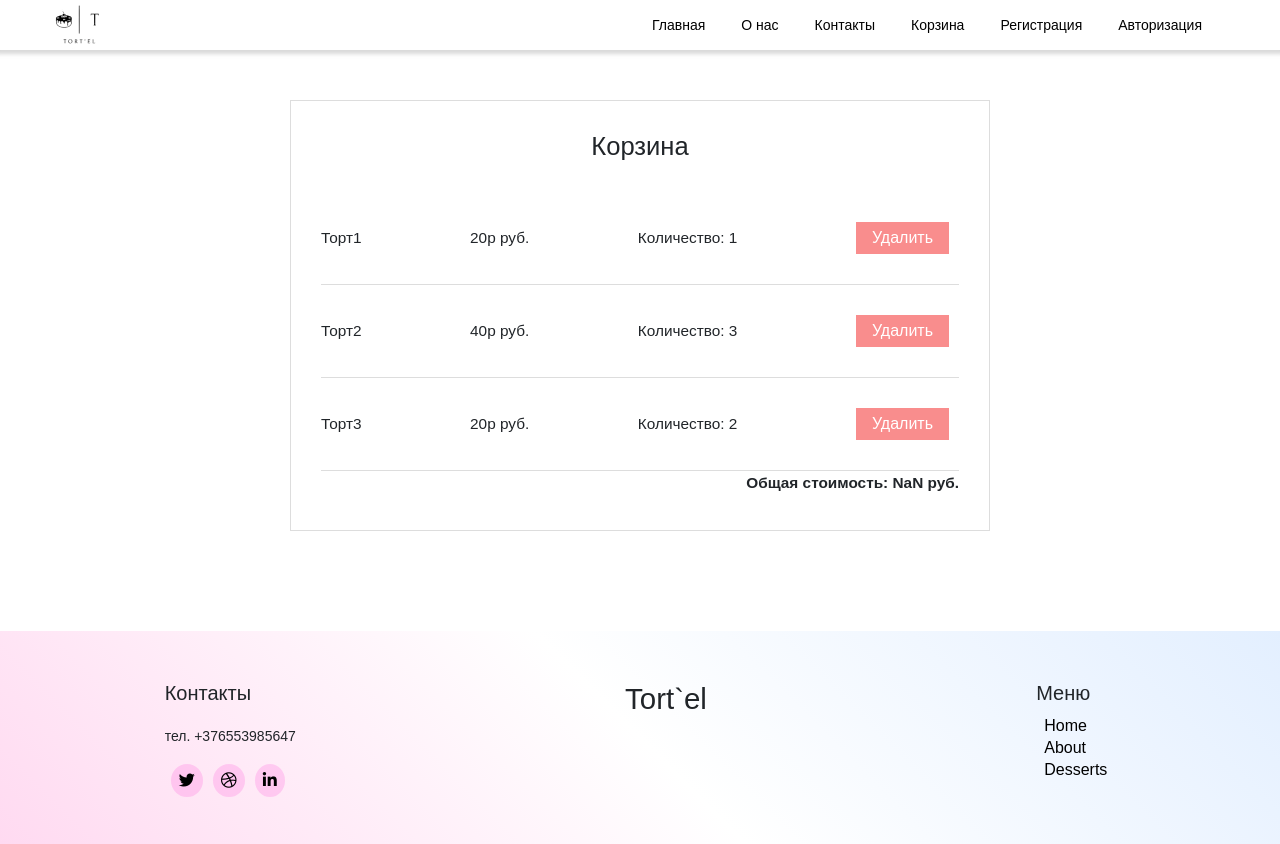
Repository: KseniaEryze/DiplomToday
Page: /basket
These files come from the project's save history. The page is drawn as it stood at one moment and after the next save; the edit follows.
The browser window is 1280 px wide. The pictures show the whole page.
The page's requests for data from a server got no answer. The project was rebuilt for these pictures with package versions that can differ from the ones it lists, and the page was loaded fresh each time. No one was signed in, and anything a server would have sent is missing. Also part of the build but not shown: src/App.css, src/components/Slider/Slider.jsx, src/pages/About/about.css, src/components/Galery/main.css, src/components/Galery/Gallery.jsx, src/pages/About/About.jsx, src/components/Categories/categories.css, src/components/Categories/Categories.jsx and 21 more.

Above is the page before, as saved 2024-09-10 15:51:06.

### public/index.html
<!DOCTYPE html>
<html lang="en">
  <head>
    <meta charset="utf-8" />
    <link rel="stylesheet" href="https://stackpath.bootstrapcdn.com/bootstrap/4.1.3/css/bootstrap.min.css" integrity="sha384-MCw98/SFnGE8fJT3GXwEOngsV7Zt27NXFoaoApmYm81iuXoPkFOJwJ8ERdknLPMO" crossorigin="anonymous">
    <link rel="stylesheet" href="https://cdnjs.cloudflare.com/ajax/libs/font-awesome/5.15.1/css/all.min.css" integrity="sha512-+4zCK9k+qNFUR5X+cKL9EIR+ZOhtIloNl9GIKS57V1MyNsYpYcUrUeQc9vNfzsWfV28IaLL3i96P9sdNyeRssA==" crossorigin="anonymous" />

    <link rel="icon" href="%PUBLIC_URL%/favicon.ico" />
    <meta name="viewport" content="width=device-width, initial-scale=1" />
    <meta name="theme-color" content="#000000" />
    <meta
      name="description"
      content="Web site created using create-react-app"
    />
    <link rel="apple-touch-icon" href="%PUBLIC_URL%/logo192.png" />
    <!--
      manifest.json provides metadata used when your web app is installed on a
      user's mobile device or desktop. See https://developers.google.com/web/fundamentals/web-app-manifest/
    -->
    <link rel="manifest" href="%PUBLIC_URL%/manifest.json" />
    <!--
      Notice the use of %PUBLIC_URL% in the tags above.
      It will be replaced with the URL of the `public` folder during the build.
      Only files inside the `public` folder can be referenced from the HTML.

      Unlike "/favicon.ico" or "favicon.ico", "%PUBLIC_URL%/favicon.ico" will
      work correctly both with client-side routing and a non-root public URL.
      Learn how to configure a non-root public URL by running `npm run build`.
    -->
    <title>React App</title>
  </head>
  <body>
    <noscript>You need to enable JavaScript to run this app.</noscript>
    <div id="root"></div>
    <!--
      This HTML file is a template.
      If you open it directly in the browser, you will see an empty page.

      You can add webfonts, meta tags, or analytics to this file.
      The build step will place the bundled scripts into the <body> tag.

      To begin the development, run `npm start` or `yarn start`.
      To create a production bundle, use `npm run build` or `yarn build`.
    -->
  </body>
</html>

### src/index.js
import React from 'react';
import ReactDOM from 'react-dom/client';
import './index.css';
import App from './App';
import {BrowserRouter, BrowserRouter as Router} from 'react-router-dom'
import { Provider } from 'react-redux';
import {store}  from 'store';
import './firebase';
import Footer from 'Footer/Footer';




const root = ReactDOM.createRoot(document.getElementById('root'));
root.render(
  <React.StrictMode>
   <BrowserRouter>
    <Provider store = {store}>

          <App />
          <Footer></Footer>

    </Provider>
   </BrowserRouter>
</React.StrictMode>


);

### src/index.css

html, body, div, span, applet, object, iframe,
h1, h2, h3, h4, h5, h6, blockquote, pre,
a, abbr, acronym, address, big, cite, code,
del, dfn, em, img, ins, kbd, q, s, samp,
small, strike, strong, sub, sup, tt, var,
b, u, i, center,
dl, dt, dd, ol, ul, li,
fieldset, form, label, legend,
table, caption, tbody, tfoot, thead, tr, th, td,
article, aside, canvas, details, embed,
figure, figcaption, header, hgroup,
menu, nav, output, ruby, summary,
time, mark, audio, video {
	margin: 0;
	padding: 0;
	border: 0;
	/* font-size: 100%;
	font: inherit; */
	vertical-align: baseline;
}
article, aside, details, figcaption, figure,
footer, header, hgroup, menu, nav, section {
	display: block;
}
html {
	height: 100%;
}
body {
	line-height: 1;
}
ol, ul {
	list-style: none;
}
blockquote, q {
	quotes: none;
}
blockquote:before, blockquote:after,
q:before, q:after {
	content: '';
	content: none;
}
table {
	border-collapse: collapse;
	border-spacing: 0;
}
body {
  margin: 0;
  font-family: -apple-system, BlinkMacSystemFont, 'Segoe UI', 'Roboto', 'Oxygen',
    'Ubuntu', 'Cantarell', 'Fira Sans', 'Droid Sans', 'Helvetica Neue',
    sans-serif;
  -webkit-font-smoothing: antialiased;
  -moz-osx-font-smoothing: grayscale;
}

code {
  font-family: source-code-pro, Menlo, Monaco, Consolas, 'Courier New',
    monospace;
}

h1{
  padding: 20px 0;
  font-size: 4vw;
}
h2 ,h3 ,h4{
  padding: 10px 0;
  font-size: 2vw;
}
h3{
    font-size: 2.3vw;
}
h4{
    font-size:20px
}
p{
	font-size: 1.2vw;
	line-height: 1.8vw;

}

button a{
	color: aliceblue;
}

*{
	font-family: "Philosopher", sans-serif;
	font-weight: 400;
	font-style: normal;
}

.pagination-container {
    margin: 3vw 3vw;
}

section{}
@import url('https://fonts.googleapis.com/css2?family=Philosopher:ital,wght@0,400;0,700;1,400;1,700&display=swap');

@media(max-width: 500px) {
	h1{
        font-size: 7vw;
    }
}

@media(max-width: 900px) {
	h1{
        font-size: 5vw;
    }
}

### src/App.js
import { Route, Routes} from 'react-router-dom';
import './App.css';
import About from './pages/About/About';
import Header from './Header/Header.jsx'
import Home from './pages/Home/Home';
import Registracion from './components/Authorization/Registracion';
import LoginPage from './components/Authorization/LoginPage';
import AdminMain from 'Admin/page/AdminMain';
import Contact from 'pages/Contact/Contact';
import Footer from 'Footer/Footer';
import Basket from 'pages/Basket/Basket';

function App() {
  return (
     <>
        <Header></Header>
          <Routes>
            <Route path = '/login' element = {<LoginPage/>}></Route>
            <Route path = '/register' element = {<Registracion/>}></Route>
            <Route path = '/contacts' element = {<Contact/>}></Route>
            <Route path = '/basket' element = {<Basket></Basket>}></Route>


            <Route path='/' element={<Home/>}></Route>
            <Route path = '/admin' element = {<AdminMain/>}></Route>
            <Route path='/about' element={<About/>}></Route>

            <Route path = '*' element = {<div>404 Not Found</div>}></Route>

          </Routes>


      </>


  );
}

export default App;

### src/store/index.js
import { configureStore } from "@reduxjs/toolkit";
import userReducer from '../store/slices/userSlice'
import cakeReducer from '../store/slices/cakeSlice'


export const store = configureStore({
    reducer: {
        user: userReducer,
        cake: cakeReducer
    }
});

### src/firebase.js
import {initializeApp} from 'firebase/app'

const firebaseConfig = {
    apiKey: process.env.REACT_APP_FIREBASE_API_KEY,
    authDomain: process.env.REACT_APP_FIREBASE_AUTH_DOMAIN,
    projectId: process.env.REACT_APP_FIREBASE_PROJECT_ID,
    storageBucket: process.env.REACT_APP_FIREBASE_STORAGE_BUSCKET,
    messagingSenderId: process.env.REACT_APP_FIREBASE_MESSAGING_SENGER_ID,
    appId: process.env.REACT_APP_FIREBASE_APP_ID
}

const app = initializeApp(firebaseConfig)

### src/Footer/Footer.jsx
import React from 'react'
import { Link } from 'react-router-dom'
import './footer.css'

function Footer() {
  return (

    <footer>
      <div className='footer'>
      <div> <h4>Контакты</h4>
        <div>
          <p>тел.   +376553985647</p>

          <ul class="social-icons">
            <li><a class="twitter" href="#"><i class="fab fa-twitter"></i></a></li>
            <li><a class="dribbble" href="#"><i class="fab fa-dribbble"></i></a></li>
            <li><a class="linkedin" href="#"><i class="fab fa-linkedin-in"></i></a></li>
          </ul>
        </div>
      </div>


      <div>
        <h3>Tort`el</h3>
      </div>
      <div>
        <h4>Меню</h4>
        <ul>
             <li>
                 <Link to="/">Home</Link>
             </li>
             <li>
               <Link to="/about">About</Link>
             </li>
             <li>
                 <Link to="/desserts">Desserts</Link>
             </li>

         </ul>

      </div>
       </div>
    </footer>

  )
}

export default Footer

### src/Header/Header.jsx
import React, { useState } from 'react'
import { Link } from 'react-router-dom'
import logo from './img/logoBlack.png'
import './header.css'
import menu from './img/hamburger.png'

function Header() {
  const [accountAuth, setAccountAuth] = useState(false)
  const [isOpen, setIsOpen] = useState()
  return (
    <div className='header'>

      <div className='logo'>
          <Link to="/"><img src={logo}/></Link>
      </div>

      <nav className={`header_nav ${isOpen ? `active` : ``}`}>
          <ul className='header_nav-list'>
             <li className='header_nav-item'>
                 <Link to="/">Главная</Link>
             </li>

             <li className='header_nav-item'>
               <Link to="/about">О нас</Link>
             </li>

             <li className='header_nav-item'>
               <Link to="/contacts">Контакты</Link>
             </li>
             <li className='header_nav-item'>
               <Link to="/basket">Корзина</Link>
             </li>
              <li className='header_nav-item wrapper-login'>
                <Link to="/register" accountAuth={accountAuth}>Регистрация</Link>
              </li>
              <li className='header_nav-item'>
                <Link to="/login"> Авторизация </Link>
              </li>
            </ul>
         </nav>
         <button className='header_menu-button' onClick={() => setIsOpen(!isOpen)}></button>
     </div>
   )
 }

 export default Header

### src/pages/Basket/Basket.jsx
import React from 'react';
import './main.css'

const Basket = ({  popap, handleRemoveItem }) => {

    const cartItems = [
        {id:1, name:'Торт1', price:'20р', quantity: 1},
        {id:2, name:'Торт2', price:'40р', quantity: 3},
        {id:3, name:'Торт3', price:'20р', quantity: 2}
    ]
      return (
        <div className="cart">
          <h2>Корзина</h2>
          {cartItems.map(item => (
            <div key={item.id} className="cart-item">
              <p>{item.name}</p>
              <p>{item.price} руб.</p>
              <p>Количество: {item.quantity}</p>
              <button onClick={() => handleRemoveItem(item.id)}>Удалить</button>
            </div>
          ))}
          <p className="total-price">Общая стоимость: {cartItems.reduce((acc, item) => acc + item.price * item.quantity, 0)} руб.</p>
        </div>
      );
    };

    export default Basket;

### src/store/slices/userSlice.js
import {createSlice} from '@reduxjs/toolkit'

const initialState = {
    name:null,
    email:null,
    token: null,
    id: null
}

const userSlice = createSlice({
    name:'user',
    initialState,
    reducers:{
        setUser(state, action){
            state.name = action.payload.name;
            state.email = action.payload.email;
            state.token = action.payload.token;
            state.id = action.payload.id;
        },
        removeUser(state){
            state.name =null;
            state.email =null;
            state.token = null;
            state.id = null;
        }

    }

})

export const {setUser,removeUser} = userSlice.actions;

export default userSlice.reducer;

### src/store/slices/cakeSlice.js
import {createSlice} from '@reduxjs/toolkit'

const initialState = {
    name:null,
    desctiprion: null,
    cost: null,
    category: null,
    image: null,
    id: null
}

const cakeSlice = createSlice({
    name:'cake',
    initialState,
    reducers:{
        setCake(state, action){
            state.name = action.payload.name;
            state.desctiprion = action.payload.desctiprion;
            state.cost = action.payload.cost;
            state.category = action.payload.category;
            state.image = action.payload.image;
            state.id = action.payload.id;
        }

    }

})
console.log(cakeSlice.actions)

export const {setCake} = cakeSlice.actions;

export default cakeSlice.reducer;

### src/Footer/footer.css
li{
    padding: 3px 0px;
}
.social-icons {
    text-align: right;
    display: flex;
    justify-content: flex-start;
    align-items: center;
    }
 .social-icons a {
    width: 40px;
    height: 40px;
    line-height: 40px;
    margin-right: 10px;
    border-radius: 100%;
    background-color: #ff5ed73d;

    }

    .social-icons:nth-child(n + 2){
        margin-left: 6px;
    }

    footer p {
        margin: 10px 0 ;
        font-size: 14px;
    }
    footer{
        padding: 20px 0;
    }

### src/components/Slider/main.css
.wrapper-slide{
    display: flex;
    justify-content: center;
    flex-direction: column;
    align-items: center;

    padding: 30px;
}
button{
    padding: 0%;
    margin: 0;
}

.react-slideshow-container .default-nav:last-of-type {
    margin-left: -30px;
    background: rgb(0, 0, 0);
}

.wrapper-slide p{
    margin: 8px;
    padding: 0px;
}
.slide-imade{
    width: 80px;
    height: 80px;
    border-radius: 100%;
}

.react-slideshow-container .default-nav:last-of-type {
    margin-left: -30px;

    /* background: url(./img/icons8-стрелка-100\ \(2\).png) no-repeat; */
}

.react-slideshow-container .default-nav:first-of-type {

    /* background: url(./img/icons8-стрелка-100\ \(3\).png)no-repeat; */
}
/* .react-slideshow-container {
    background-color: black;
    color: aliceblue;
} */
.slide-container button{

    padding: 0px 0px;
    margin-right: 10px;
    margin-top: 30px;
}

### src/Header/header.css

.header{
    position: fixed;
    left: 0;
    top: 0;
    display: flex;
    align-items: center;
    width: 100%;
    padding: 0px 20px;
    height: 50px;
    background-color: white;
    box-shadow: 0 0 4px 4px rgba(136, 136, 136, 0.322);
    z-index: 1;
    color: black;
}

.header_nav{
    margin-left: auto;
    margin-right: 50px;
}

.header_nav-list{
    display: flex;
    list-style: none;
}

.header_nav-item{
    font-size: 14px;
    line-height: 1;
    color: black;
}

.header_nav-item:nth-child(n + 2){
    margin-left: 20px;
}

.header_menu-button{
    display: none;
}

@media(max-width: 576px){
.header_nav.active{
        transform: translateX(225px);
    }

    .header_nav{
        position: fixed;
        top: 0;
        left: -225px;
        display: flex;
        flex-direction: column;
        width:225px;
        height: 100%;
        background-color: white;
        border-radius: 16px 0 16px 0;
        transition-timing-function: linear;
    };

    .header_nav-list{
        display: flex;
        list-style: none;
    }

    .header_nav-list{
        flex: 1;
        display: flex;
        flex-direction: column;
        padding-top: 40px;
        padding-left: 60px;
    }

    .header_nav-item{
        margin: 10px 0px;
    }
    .header_nav-item:nth-child(n + 2){
        margin-left: 0;
    }

    .header_menu-button{
        display: block;
        margin: 0 11vw 0 auto;
        width: 24px;
        height: 24px;
        background-image: url(./img/hamburger.png);
        padding: 0;
        border: 0;
    }

}

### src/pages/Home/main.css
.footer{
    width: 100%;
    display: flex;
    justify-content: space-around;
    align-items: start;
    margin: 0;
    padding: 20px 0;
}
section{
    padding-top: 100px;
}
section, footer{
    background: -webkit-linear-gradient(45deg, rgb(255, 218, 241), rgb(255, 255, 255), rgb(227, 239, 255));
    background: -moz-linear-gradient(45deg, rgb(255, 218, 241), rgb(255, 255, 255), rgb(227, 239, 255));
    background: linear-gradient(45deg, rgb(255, 218, 241), rgb(255, 255, 255), rgb(227, 239, 255));



}
button{
    border: none;
    background-color: #362361cc;
    /* #928d3c */
    color: white;
    padding: 15px 30px;
    margin-right: 10px;

}
.block_header{
    background: url('./img/tort-muss-iagody-malina-rozy-desert.jpg') no-repeat;
    background-size: cover;
    height: 600px;
    padding-top: 0;

    display: flex;
    justify-content: start;
    align-items: center;
}

.block_header-info{
    margin-left: 200px;

}



.category{
    display: flex;
    justify-content: center;
    align-items: center;
    flex-direction: column;

}

.category_list{
    display: flex;
    justify-content: center;

    margin: 0 100px;

}




.advantages{
    display: flex;
    justify-content: center;
    align-items: center;


    background: -webkit-linear-gradient(45deg, rgb(255, 218, 241), rgb(255, 255, 255),rgb(255, 218, 241) rgb(227, 239, 255));
    background: -moz-linear-gradient(45deg, rgb(255, 218, 241), rgb(255, 255, 255), rgb(227, 239, 255));
    background: linear-gradient(120deg, rgb(255, 218, 241), rgb(255, 255, 255), rgb(227, 239, 255));

}
.advantages .order{
    background: url('./img/Без\ имени-1.png') no-repeat;
    background-size: cover;
    width: 380px;
    height: 415px;

}
.advantages p{
     word-wrap:break-word
}
.order{

    color: black;
    display: flex;
    justify-content: center;
    align-items: center;
    flex-direction: column;
    margin-left: 100px;
}

.description-list_point{
    display: flex;

    align-items: center;
}
.description-list_point img{
    margin-right: 25px;
    width: 50PX;
}



.tabs_wrapper{
    display: flex;
    justify-content: center;
    align-items: center;
    width: 100%;
}



.footerLogo{
    width: 200px;
}


.block_header-info{
    color: rgb(41, 41, 41);
}
@media (max-width: 800px) {
.calculation{
    display:none;
    visibility: hidden;
}
.wrapper-home{
    width: 100vw;
}
.menu{
    display: none;
}
}

@media(max-width: 500px){
    .block_header-info{
        margin-left: 15vw;
    }
   .block_header{
        height: 400px;
   }
}

### src/components/Authorization/main.css
.wrapper-center, .authorization-form {
    display: flex;
    justify-content: center;
    flex-direction: column;
}
.wrapper-center{
    padding-top: 100px;
    align-items: center;
    width: 100%;
    padding-bottom: 100px;
}
.authorization-form {
   width: 35vw;
}
input{

    padding: 2vh 3vw;
    margin: 5px;
}
button{
	margin: 20px 10px;
    padding: 1vh 2vw;
}

### src/Admin/page/adminMain.css
header,
main {
  padding-left: 240px;
}

body {
  background: white;
}

@media only screen and (max-width: 992px) {
  header,
  main,
  footer {
    padding-left: 0;
  }
}
a{
    text-decoration: none;
}

#credits li,
#credits li a {
  color: white;
}

#credits li a {
  font-weight: bold;
}

.footer-copyright .container,
.footer-copyright .container a {
  color: #BCC2E2;
}

.fab-tip {
  position: fixed;
  right: 85px;
  padding: 0px 0.5rem;
  text-align: right;
  background-color: #323232;
  border-radius: 2px;
  color: #FFF;
  width: auto;
}


.main {
  height: 400px;
  padding: 10px;
}

.dropdown_button {
  border: none;
  cursor: pointer;
  width: 200px;
  font-family: montserrat;
  border: 1px solid #ffffff;
}

.courses {
  display: none;
  position: absolute;
  background-color: #f1f1f1;
  min-width: 200px;
  box-shadow: 0px 8px 16px 0px rgba(0, 0, 0, 0.2);
  z-index: 1;
}

.courses li {

  text-decoration: none;
  display: block;
  list-style: none;
  background-color: rgb(47, 47, 47);
  font-family: montserrat;
  border: 1px solid white;
}

.courses li a {
  text-decoration: none;
  color: white;
  display: block;
  padding: 5px;
}

.courses li:hover {
  background-color: #0979ad;
  color: white;
}

.admin-form{
  display: flex;
  justify-content: center;
  flex-direction: column;
  align-items: center;
  margin-top: 80px;
}

.admin-text_item{
  width: 300px;
  display: flex;
  justify-content: space-around;
  align-items: center;
  margin: 10px;
}

.admin-text_item input,label{
  width: 80px;
  margin: 5px;
}
.wrapper-adminPage{
  display: flex;
  margin: 20px;
  border: 1px solid rgba(0, 0, 0, 0.158);
  padding-right: 50px;

  border-radius: 30px ;
}


.wrapper-adnin_categorisMenu{
  display: flex;
  justify-content: space-between ;
}

### src/pages/Basket/main.css
.cart {
    /* Стили для контейнера корзины */
    width: 700px;
    margin: 100px auto;
    border: 1px solid #ddd;
    padding: 20px 30px;
  }

  .cart h2 {
    /* Стили для заголовка корзины */
    text-align: center;
    margin-bottom: 20px;
  }

  .cart-item {
    /* Стили для каждого элемента корзины */
    border-bottom: 1px solid #ddd;
    padding: 10px 0;
    display: flex;
    justify-content: space-between;
    align-items: center;
  }

  .cart-item p {
    /* Стили для информации об элементе корзины */
    margin: 0;
  }

  .cart-item button {
    /* Стили для кнопки удаления */
    background-color: #f76666bd; /* Красный цвет */
    color: white;
    padding: 8px 16px;
    border: none;
    cursor: pointer;
  }

  .cart-item button:hover {
    /* Стили при наведении курсора на кнопку */
    background-color: #d32f2f; /* Более темный красный */
  }

  .total-price {
    /* Стили для общей стоимости */
    text-align: right;
    font-weight: bold;
  }

### src/Admin/page/AdminHeader/header.css

.menu{
    display: flex;
    justify-content: space-around;
    align-items: center;
}

.menu li,a{
    list-style: none;
    text-decoration: none;
    padding: 8px;
    color: rgb(0, 0, 0);
}

.admin-wrapper_menu{
    margin-right: 100px;
    background-color: #36236156;
    color: rgb(41, 41, 41);
    border-radius: 30px 0px 0px 30px;
    padding: 30px;
    width: 12vw;
}
/* .admin-wrapper_menu li{
    border: 1px solid black;
} */

.wrapper-content{
    padding: 70px;
}

After the next save:
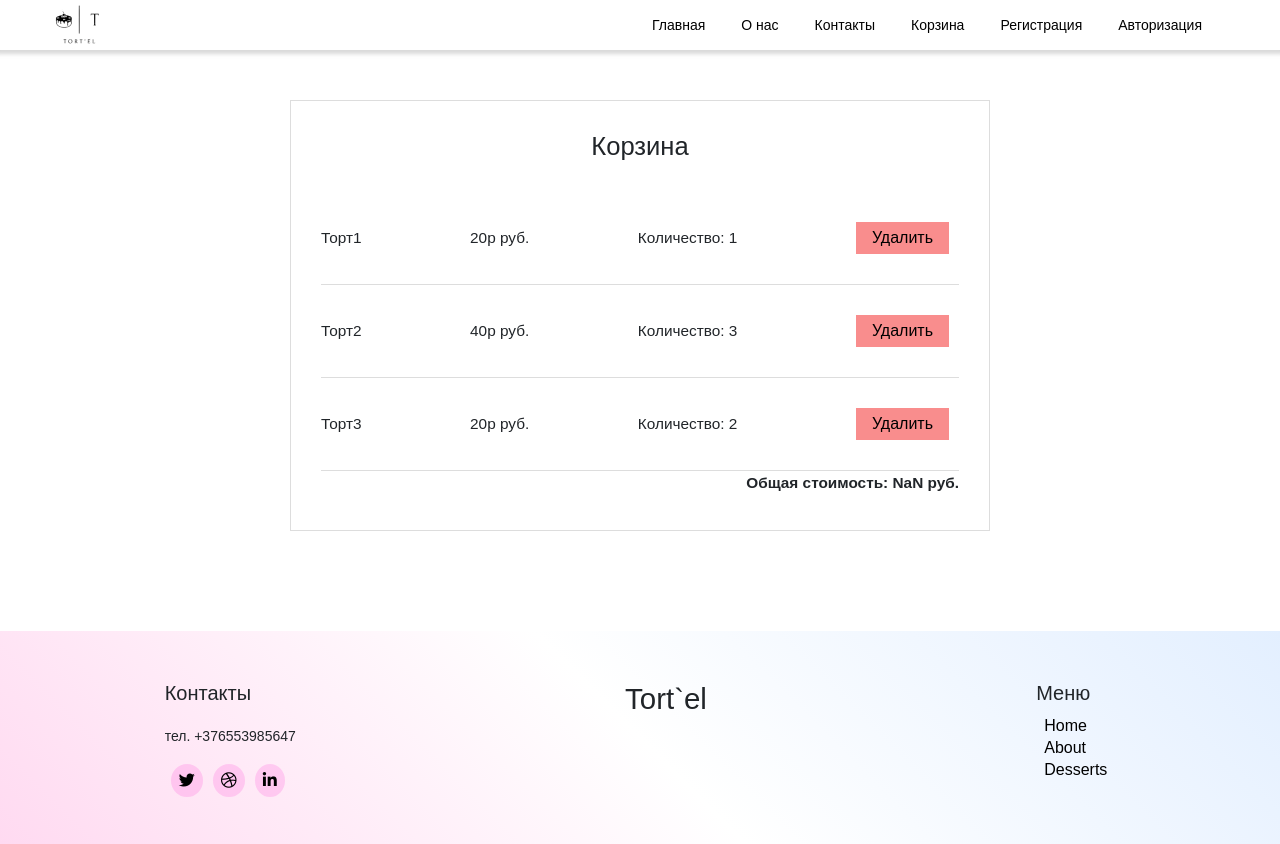
Saved 6 s later.
--- a/src/pages/Basket/main.css
+++ b/src/pages/Basket/main.css
@@ -29,7 +29,7 @@
   .cart-item button {
     /* Стили для кнопки удаления */
     background-color: #f76666bd; /* Красный цвет */
-    color: white;
+    color: rgb(0, 0, 0);
     padding: 8px 16px;
     border: none;
     cursor: pointer;
